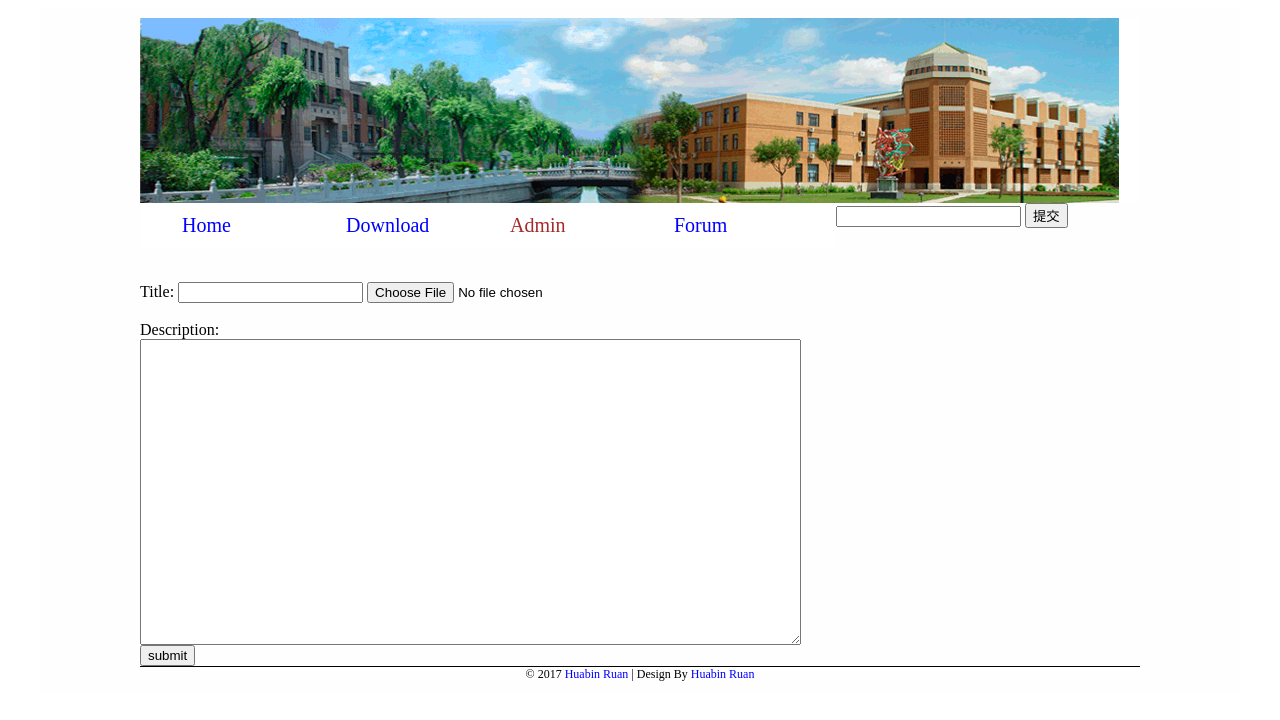
Repository: ruanhuabin/LifeSoftwareWebSite
Page: http://localhost/CryoEM/admin.jsp
An editor plug-in stored every save of this project. The page is shown before and after the next save, followed by the edit.
The browser window is 1280 px wide. The pictures show the whole page.
The page is served by Tomcat 9. Nobody is signed in. The application's start-up code is not run.

Above is the page before, as saved 2017-08-11 01:05:29.

After the next save:
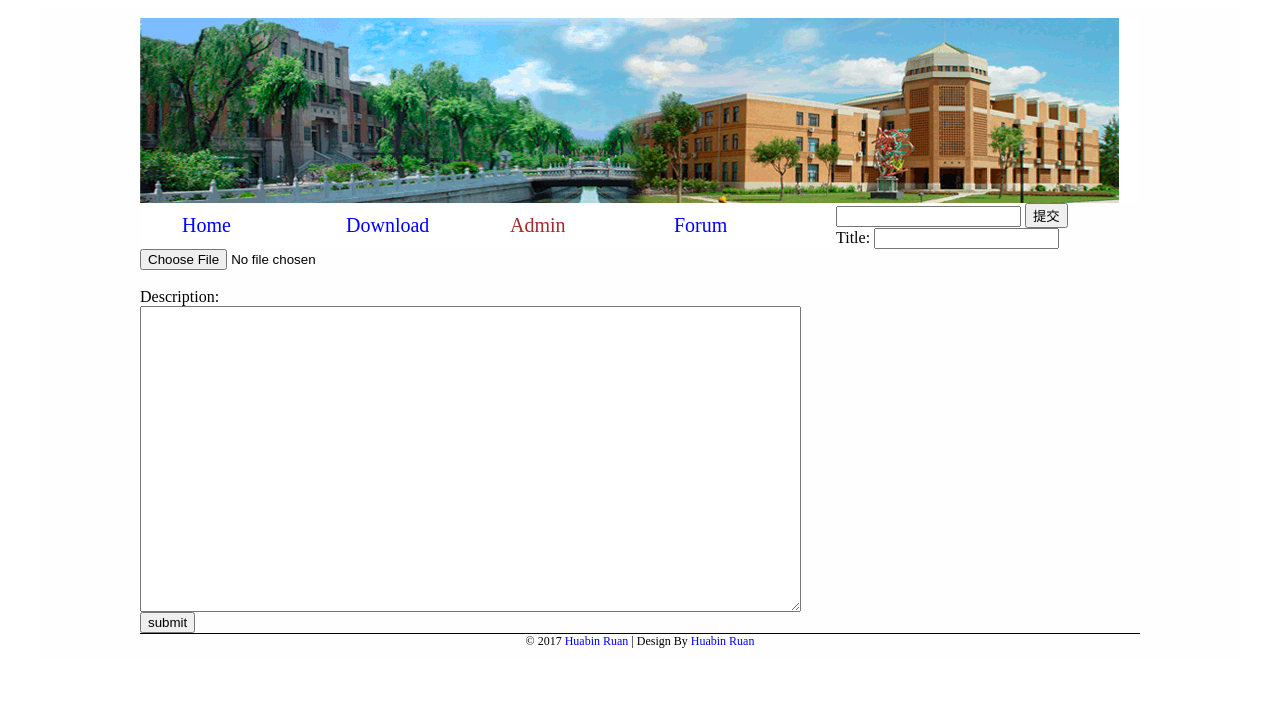
Saved 24 s later.
--- a/CryoEM/WebRoot/admin.jsp
+++ b/CryoEM/WebRoot/admin.jsp
@@ -90,9 +90,7 @@ String basePath = request.getScheme()+"://"+request.getServerName()+":"+request.
   <iframe id="id_iframe" name="nm_iframe" style="display:none;"></iframe>
   </div>
 
-<br />
-<br />
-<br />
+
 
 <div id="form-div">
 
